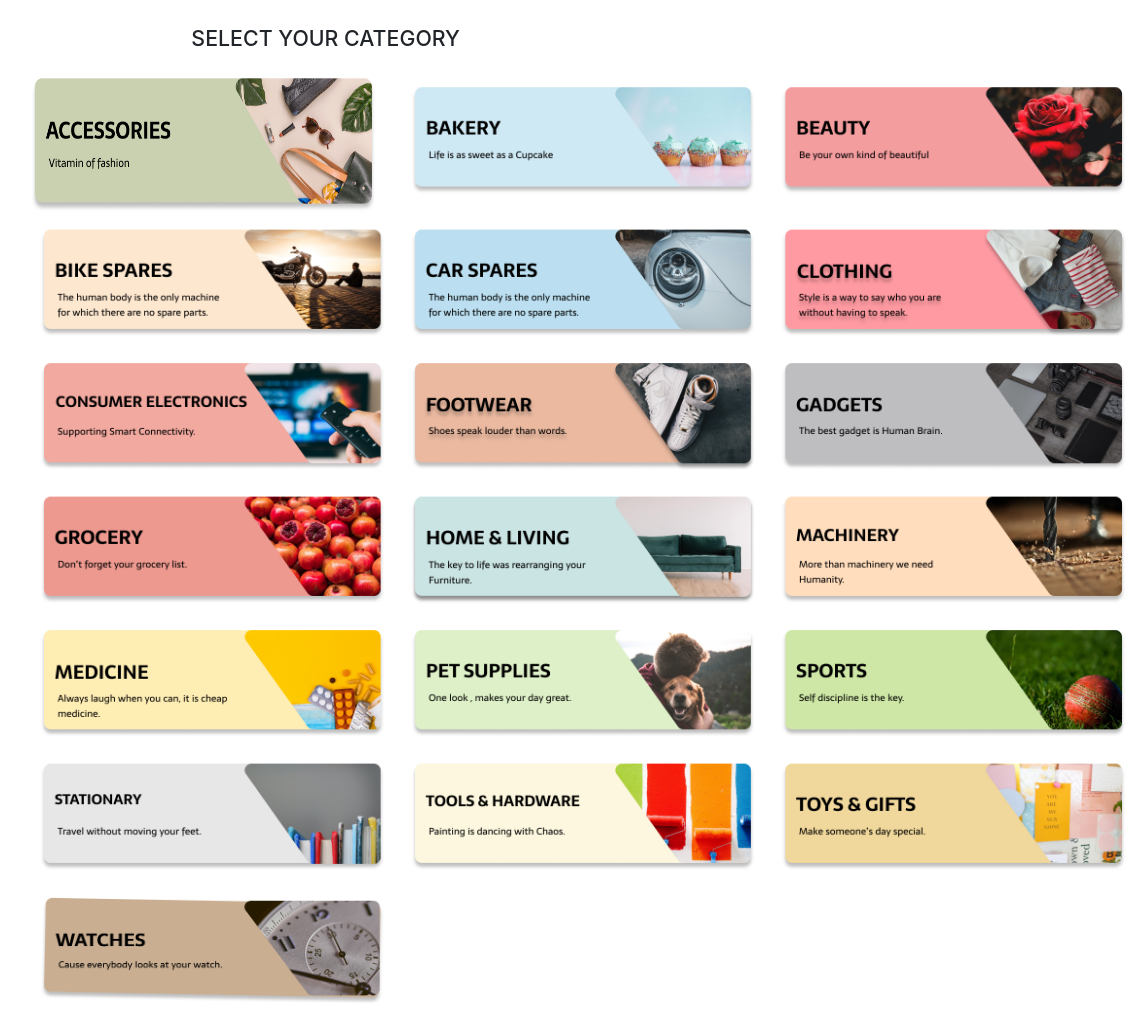
Repository: simranbhurat/WhiteLeaf
Page: frontend/category.html
These files come from the project's save history. The page is drawn as it stood at one moment and after a run of saves; the edit follows.
The browser window is 1280 px wide. The pictures show the whole page, at 89% of full size.
Some web libraries are served in a nearby version.

Above is the page before, as saved 2020-07-24 23:02:14.

### frontend/category.html
<!doctype html>
<html lang="en">

<head>
    <!-- Required meta tags -->
    <meta charset="utf-8">
    <meta name="viewport" content="width=device-width, initial-scale=1">

    <!-- Bootstrap CSS -->
    <link rel="stylesheet" href="https://stackpath.bootstrapcdn.com/bootstrap/4.5.0/css/bootstrap.min.css"
        integrity="sha384-9aIt2nRpC12Uk9gS9baDl411NQApFmC26EwAOH8WgZl5MYYxFfc+NcPb1dKGj7Sk" crossorigin="anonymous">
    <link href="css/styles.css" rel="stylesheet" />

    <title>Category</title>
    <script>
        // Each image has a id, and that is set in the cookie
        function setCategory(id) {
            document.cookie = "category=" + id;
        }
    </script>

</head>

<body>

    <div class="container-fluid">
        <h4 class="mb-4 cen">SELECT YOUR CATEGORY</h4>
        <form class="needs-validation" novalidate class="modal-content animate">
            <div class="container-fluid">

                <div class="row">
                    <div class="col-4" id="arrow">
                        <a href="new.html"><img src="images/accessories.png" class="img-rounded"
                                style="width:100%; height:150px; margin:5px ; object-fit: fill;" onclick="setCategory(this.id)"
                                id="accessories"></a>
                    </div>
                    <div class="col-4" id="arrow">
                        <a href="new.html"><img src="images/bakery.png" class="img-rounded"
                                style="width:100%; height:120px; margin:15px; object-fit: fill;" onclick="setCategory(this.id)"
                                id="bakery"></a>
                    </div>
                    <div class="col-4" id="arrow">
                        <a href="new.html"><img src="images/beauty.png" class="img-rounded"
                                style="width:100%; height:120px; margin:15px; object-fit: fill;" onclick="setCategory(this.id)"
                                id="beauty"></a>
                    </div>

                </div>
                <div class="row">
                    <div class="col-4" id="arrow">
                        <a href="new.html"><img src="images/bike_spares.png" class="img-rounded"
                                style="width:100%; height:120px; margin:15px; object-fit: fill;" onclick="setCategory(this.id)"
                                id="bike_spares"></a>
                    </div>
                    <div class="col-4" id="arrow">
                        <a href="new.html"><img src="images/car_spares.png" class="img-rounded"
                                style="width:100%; height:120px; margin:15px; object-fit: fill;" onclick="setCategory(this.id)"
                                id="car_spares"></a>
                    </div>
                    <div class="col-4" id="arrow">
                        <a href="new.html"><img src="images/clothing.png" class="img-rounded"
                                style="width:100%; height:120px; margin:15px; object-fit: fill;" onclick="setCategory(this.id)"
                                id="clothing"></a>
                    </div>
                </div>



                <div class="row">


                    <div class="col-4" id="arrow">
                        <a href="new.html"><img src="images/consumer_electronics.png" class="img-rounded"
                                style="width:100%; height:120px; margin:15px; object-fit: fill;" onclick="setCategory(this.id)"
                                id="consumer_electronics"></a>
                    </div>
                    <div class="col-4" id="arrow">
                        <a href="new.html"><img src="images/footwear.png" class="img-rounded"
                                style="width:100%; height:120px; margin:15px; object-fit: fill;" onclick="setCategory(this.id)"
                                id="footwear"></a>
                    </div>
                    <div class="col-4" id="arrow">
                        <a href="new.html"><img src="images/gadgets.png" class="img-rounded"
                                style="width:100%; height:120px; margin:15px; object-fit: fill;" onclick="setCategory(this.id)"
                                id="gadgets"></a>
                    </div>

                </div>



                <div class="row">


                    <div class="col-4" id="arrow">
                        <a href="new.html"><img src="images/grocery.png" class="img-rounded"
                                style="width:100%; height:120px; margin:15px; object-fit: fill;" onclick="setCategory(this.id)"
                                id="grocery"></a>
                    </div>

                    <div class="col-4" id="arrow">
                        <a href="new.html"><img src="images/home_and_living.png" class="img-rounded"
                                style="width:100%; height:120px; margin:15px; object-fit: fill;" onclick="setCategory(this.id)"
                                id="home_and_living"></a>
                    </div>
                    <div class="col-4" id="arrow">
                        <a href="new.html"><img src="images/machinery.png" class="img-rounded"
                                style="width:100%; height:120px; margin:15px; object-fit: fill;" onclick="setCategory(this.id)"
                                id="machinery"></a>
                    </div>

                </div>

                <div class="row">
                    <div class="col-4" id="arrow">
                        <a href="new.html"><img src="images/medicine.PNG" class="img-rounded"
                                style="width:100%; height:120px; margin:15px; object-fit: fill;" onclick="setCategory(this.id)"
                                id="medicine"></a>
                    </div>
                    <div class="col-4" id="arrow">
                        <a href="new.html"><img src="images/pet_supplies.png" class="img-rounded"
                                style="width:100%; height:120px; margin:15px; object-fit: fill;" onclick="setCategory(this.id)"
                                id="pet_supplies"></a>
                    </div>
                    <div class="col-4" id="arrow">
                        <a href="new.html"><img src="images/sports.png" class="img-rounded"
                                style="width:100%; height:120px; margin:15px; object-fit: fill;" onclick="setCategory(this.id)"
                                id="sports"></a>
                    </div>


                </div>

                <div class="row">
                    <div class="col-4" id="arrow">
                        <a href="new.html"><img src="images/stationary.png" class="img-rounded"
                                style="width:100%; height:120px; margin:15px; object-fit: fill;" onclick="setCategory(this.id)"
                                id="stationary"></a>
                    </div>
                    <div class="col-4" id="arrow">
                        <a href="new.html"><img src="images/tools_and_hardware.png" class="img-rounded"
                                style="width:100%; height:120px; margin:15px; object-fit: fill;" onclick="setCategory(this.id)"
                                id="tools_and_hardware"></a>
                    </div>
                    <div class="col-4" id="arrow">
                        <a href="new.html"><img src="images/toys_and_gifts.png" class="img-rounded"
                                style="width:100%; height:120px; margin:15px; object-fit: fill;" onclick="setCategory(this.id)"
                                id="toys_and_gifts"></a>

                    </div>

                    <div class="row">

                    </div>
                    <div class="col-4" id="arrow">
                        <a href="new.html"><img src="images/watches.png" class="img-rounded"
                                style="width:100%; height:120px; margin:15px; object-fit: fill;" onclick="setCategory(this.id)"
                                id="watches"></a>
                    </div>

                </div>


            </div>

        </form>
    </div>


    <!-- Optional JavaScript -->
    <!-- jQuery first, then Popper.js, then Bootstrap JS -->
    <script src="https://code.jquery.com/jquery-4.5.1.slim.min.js"
        integrity="sha384-DfXdz2htPH0lsSSs5nCTpuj/zy4C+OGpamoFVy38MVBnE+IbbVYUew+OrCXaRkfj"
        crossorigin="anonymous"></script>
    <script src="https://cdn.jsdelivr.net/npm/popper.js@1.16.0/dist/umd/popper.min.js"
        integrity="sha384-Q6E9RHvbIyZFJoft+2mJbHaEWldlvI9IOYy5n3zV9zzTtmI3UksdQRVvoxMfooAo"
        crossorigin="anonymous"></script>
    <script src="https://ajax.googleapis.com/ajax/libs/jquery/4.5.1/jquery.min.js"></script>
    <script src="https://maxcdn.bootstrapcdn.com/bootstrap/4.4.1/js/bootstrap.min.js"></script>
    <script src="https://stackpath.bootstrapcdn.com/bootstrap/4.5.0/js/bootstrap.min.js"
        integrity="sha384-OgVRvuATP1z7JjHLkuOU7Xw704+h835Lr+6QL9UvYjZE3Ipu6Tp75j7Bh/kR0JKI"
        crossorigin="anonymous"></script>
</body>

</html>

Loaded but not shown: frontend/css/styles.css (library)

After the next 2 saves:
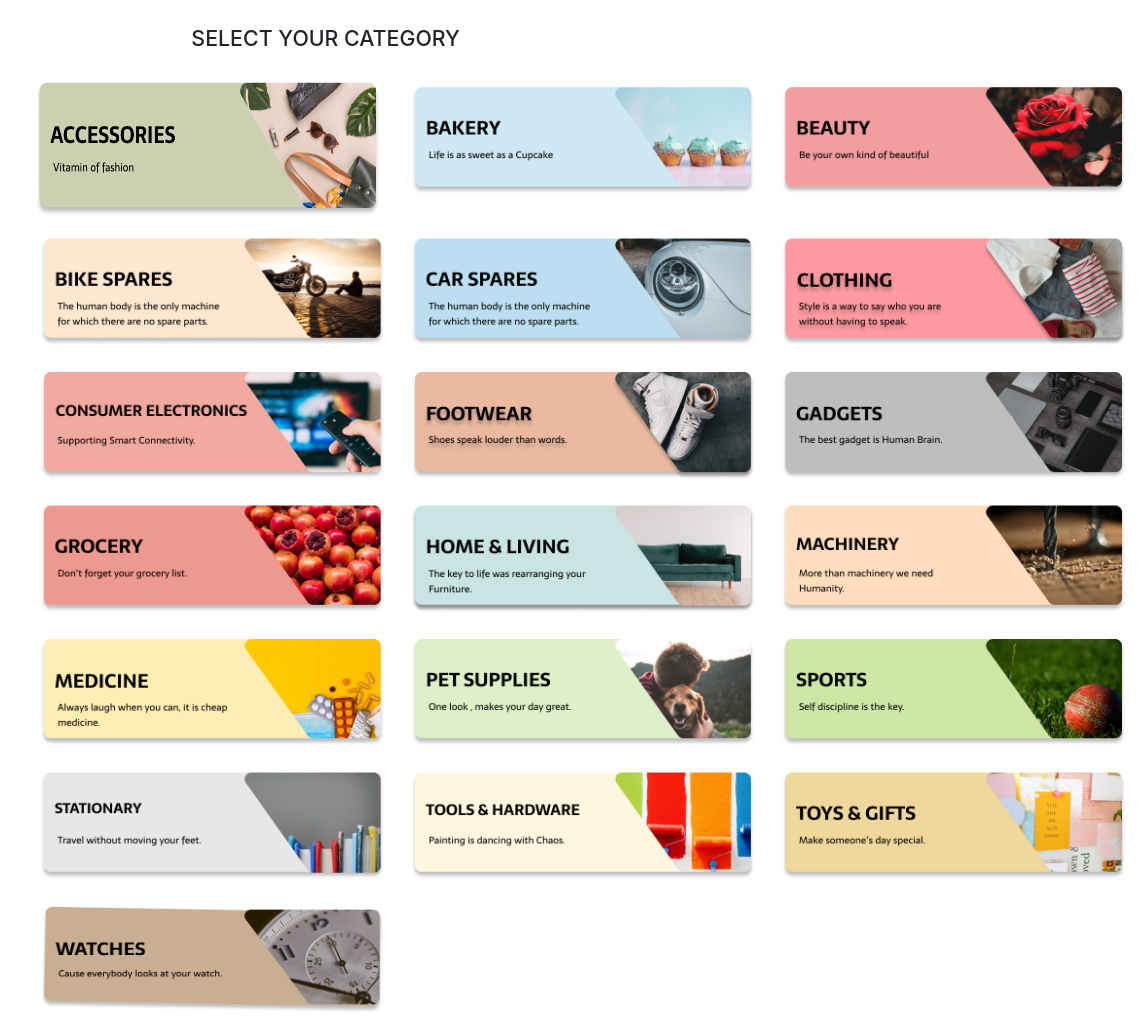
The 2 saves are shown as one change because they came seconds apart.
The last was saved 6 s later.
--- a/frontend/category.html
+++ b/frontend/category.html
@@ -31,7 +31,7 @@
                 <div class="row">
                     <div class="col-4" id="arrow">
                         <a href="new.html"><img src="images/accessories.png" class="img-rounded"
-                                style="width:100%; height:150px; margin:5px ; object-fit: fill;" onclick="setCategory(this.id)"
+                                style="width:100%; height:150px; margin:10px ; object-fit: fill;" onclick="setCategory(this.id)"
                                 id="accessories"></a>
                     </div>
                     <div class="col-4" id="arrow">
